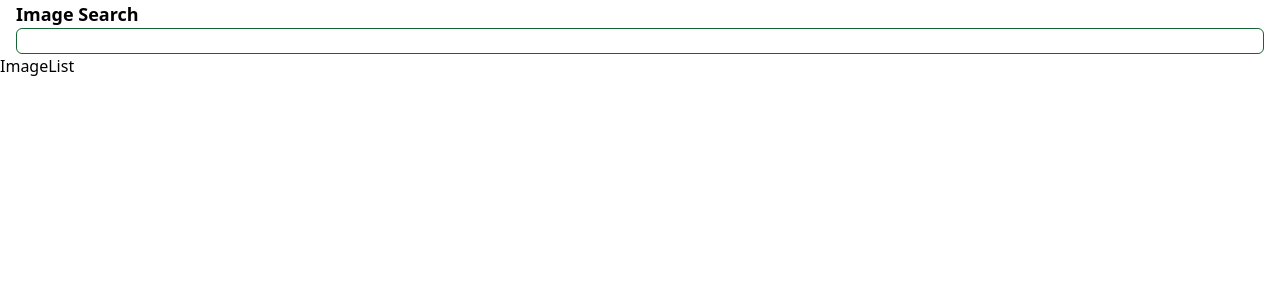
Repository: Marhamat92/searchimages-react-typescript
Page: /
An editor plug-in stored every save of this project. The page is shown before and after the next save, followed by the edit.
The browser window is 1280 px wide. The pictures show the whole page.
The project was rebuilt for these pictures with package versions that can differ from the ones it lists, and the page was loaded fresh each time.

Above is the page before, as saved 2022-12-01 15:57:02.

After the next save:
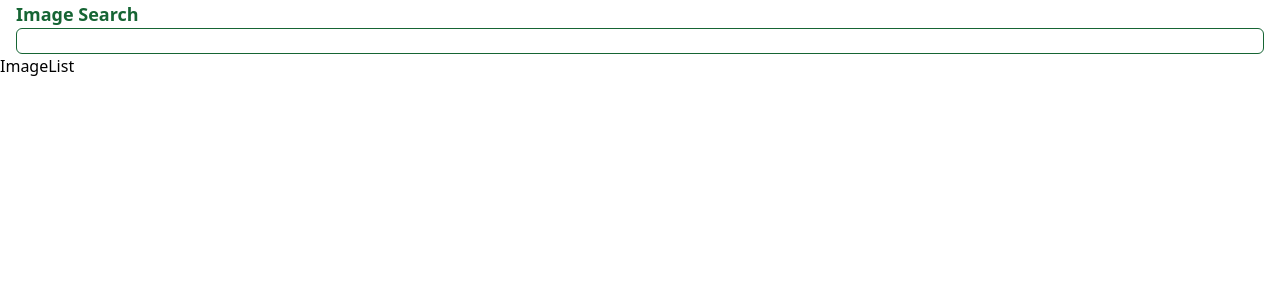
Saved 28 s later.
--- a/src/components/SearchBar.tsx
+++ b/src/components/SearchBar.tsx
@@ -17,7 +17,7 @@ function SearchBar({}: Props) {
   return (
     <div>
       <form className='flex flex-col px-4' onSubmit={handleSubmit}>
-        <label className='text-lg font-bold' htmlFor='search'>
+        <label className='text-lg font-bold text-green-800' htmlFor='search'>
           Image Search
         </label>
         <input
